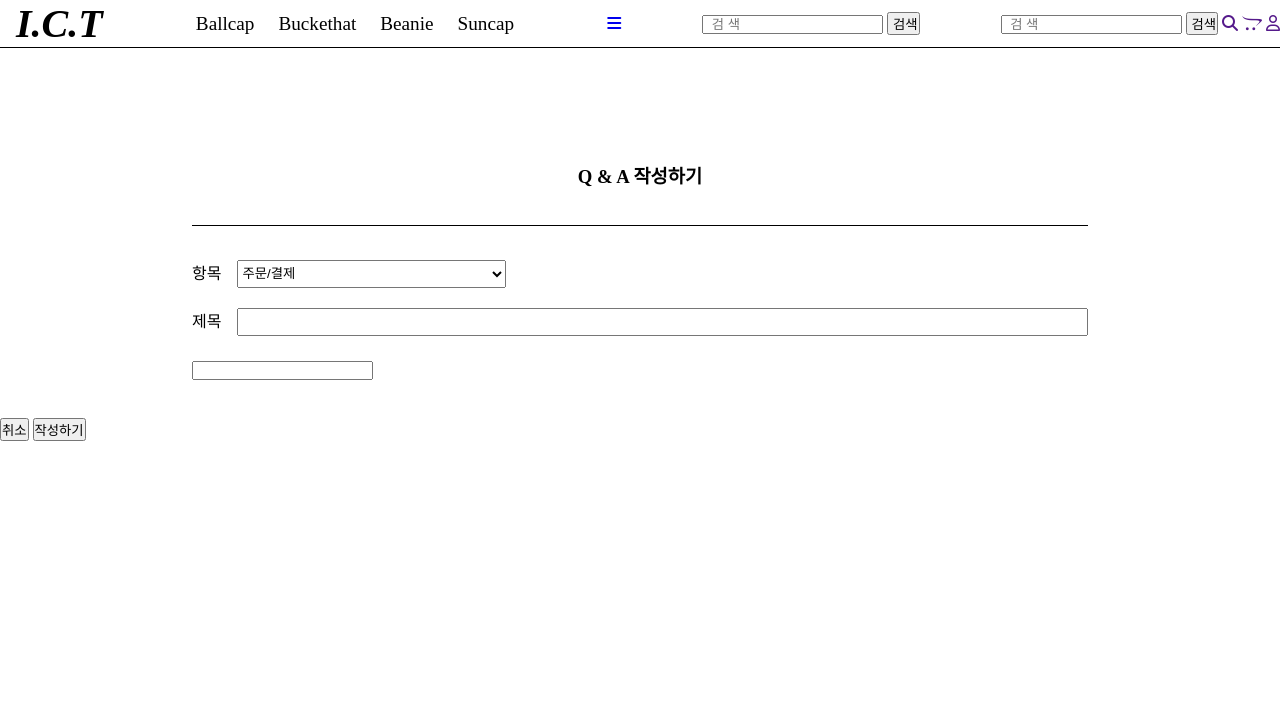
Repository: Developer120000/project1
Page: http://localhost/project1/productpage/q_a_write.jsp
These files come from the project's save history. The page is drawn as it stood at one moment and after the next save; the edit follows.
The browser window is 1280 px wide. The pictures show the whole page.
Some web libraries are served in a nearby version. The page is served by Tomcat 9.

Above is the page before, as saved 2024-03-22 05:18:26.
Console error: SyntaxError: Identifier 'hamburger' has already been declared

### project1/src/main/webapp/productpage/q_a_write.jsp
<%@ page language="java" contentType="text/html; charset=UTF-8"
    pageEncoding="UTF-8"%>
<!DOCTYPE html>
<html>
<head>
<meta charset="UTF-8">
<meta name="viewport" content="width=device-width, initial-scale=1">
<title>payment</title>
<%@ include file="header.jsp" %>
<link rel="stylesheet" href="../css/header.css">
<script src="../js/header.js" defer></script>
<link rel="stylesheet" href="../css/q_a_write.css">
</head>
<body>
	<div class="qawritercontainer">
		<div class="qawriterwrapper">
			<h3 class="qawritertitle">Q & A 작성하기</h3>
			<ul class="qawriterul">
				<li class="qawriterli">
					<label for="qawriteritem" class="qawriteritem1">항목</label>
					<select name="qawriteritem1" class="qawriteritem">
						<option value="">주문/결제</option>
						<option value="">취소/환불</option>
						<option value="">출고/배송</option>
						<option value="">반품/교환</option>
						<option value="">재입고문의</option>
						<option value="">제품문의</option>
						<option value="">기타문의</option>
					</select>
				</li>
				<li class="qawriterli">
					<label for="qawriteritem1-1" class="qawriteritem1">제목</label>
					<input type="text" class="qawriteritem1-1" id="qawriteritem1-1" required>
				</li>
				<li>
					<input type="text" class="ip2 ts1" id="utelephone" name="utelephone1" required>
				</li>
			</ul>
		</div>
		<p class="qwrite">
			<input type="reset" class="qwrite1" value="취소">
			<input type="submit" class="qwrite1" value="작성하기">
		</p>
	</div>
</body>
</html>

### project1/src/main/webapp/productpage/header.jsp
<%@ page language="java" contentType="text/html; charset=UTF-8"
    pageEncoding="UTF-8"%>
<!DOCTYPE html>
<html>
<head>
<meta charset="UTF-8">
<meta name="viewport" content="width=device-width, initial-scale=1.0">
<title>I.C.T</title>
<script src="https://kit.fontawesome.com/80123590ac.js" crossorigin="anonymous"></script>
<link rel="stylesheet" href="../css/header.css">
<script src="../js/header.js" defer></script>
<!-- <script defer src="js 파일 위치"></script> -->
</head>
<body>
	<header id="header">
		<div class="wrapper">
			<p class="title">
				<a href="">I.C.T</a>
			</p>
			<ul class="category">
				<li><a href="">Ballcap</a></li>
				<li><a href="">Buckethat</a></li>
				<li><a href="">Beanie</a></li>
				<li><a href="">Suncap</a></li>
			</ul>
			<a href="#" class="hamburger">
				<i class="fa-solid fa-bars"></i>
			</a>
			<form class="item2" onsubmit="return false">
				<input type="text" class="searchbar2" type="text" placeholder="&nbsp;&nbsp;검 색">
				<button class="res2">&nbsp;검색</button>
			</form>
			<form class="item" onsubmit="return false">
				<input type="text" class="searchbar1" type="text" placeholder="&nbsp;&nbsp;검 색">
				<button class="res1">&nbsp;검색</button>
				<a href="" class="b1 a1"><i class="fa-solid fa-magnifying-glass"></i></a>
				<a href="" class="b2 a1"><i class="fa-brands fa-opencart"></i></a>
<!-- 				<i class="fa-solid fa-cart-shopping"></i> -->
				<a href="" class="b3 a1"><i class="fa-regular fa-user"></i></a>
			</form>
		</div>
	</header>

</body>
</html>

### project1/src/main/webapp/css/header.css
@charset "UTF-8";
*{margin: 0px; }
#header{

/* 	height: 4.06rem; */
}
.wrapper{
	width: 100%;
	position: fixed;
	display: flex;
	justify-content: space-between;
	align-items: center;
	background-color: white;
	border-bottom: 1px solid black;
	z-index: 5;
}
.title a{
	text-decoration: none;
	font-size: 2.5rem;
	font-weight: bold;
	margin-left: 1rem;
	color: black;
	font-style: italic;
	display: inline-block;
}
.category{
	display: flex;
/* 	margin-right: 50%; */
	list-style: none;
}
.category li{
	padding: 8px 12px;
}
li a{
/* 	margin-right: 1.0rem; */
	font-size: 1.2rem;
	text-decoration: none;
}
li a:visited {color: black;}
li a:hover {text-decoration: underline;}

.search{
	display: flex;
	padding-left: 0;

/* 	width: 60%; */
/* 	text-align: right; */
}
.searchbar{
/* 	width: 30%; */
/* 	margin-right: 5px;  */
	padding: 5px;
}
.a1{
/* 	margin-right: 10%; */
}
.icon{display: none;}


@media screen and (max-width:600px){
	.wrapper{
		flex-direction: column;
		align-items: flex-start;
		padding: 8px 24px;
	}
	.category{
		display: none;
		flex-direction: column;
		align-items: center;
		width: 100%;
	}
	.category li a{
		width: 100%;
		text-align: center;
	}
	.search{
		display: none;
		justify-content: center;
		width: 100%;
	}
	.icon{
		display: block;
	}
}

@media screen and (max-width:1138px){


}


@media screen and (max-width:800px){


}

/* 1015px 이하 - suncap 사라짐 */
@media screen and (max-width:590px){

	.header_second #s4{display: none;}
}

### project1/src/main/webapp/css/q_a_write.css
@charset "UTF-8";
*{margin: 0px; padding: 0px; box-sizing: border-box;}

.qawritercontainer{
	padding-top: 4.06rem;
	width: 100%;
}
.qawriterwrapper{
	display: flex;
	flex-direction: column;
	align-items: center;
	line-height: 2rem;
	width: 100%;
}
.qawritertitle{
	margin-top: 4rem;
	padding: 2rem 0;
	border-bottom: 1px solid black;
	width: 70%;
	text-align: center;
}
.qawriterul{
	width: 70%;
	list-style: none;
	margin: 2rem 0;
}
.qawriterli{
	width: 100%;
	display: flex;
	align-items: center;
}
.qawriteritem1{
	margin-right: 1rem;
	margin-bottom: 1rem;
}
.qawriteritem{
	width: 30%;
	height: 1.7rem;
	margin-bottom: 1rem;
}
.qawriteritem1-1{
	height: 1.7rem;
	flex-grow: 1;
	margin-bottom: 1rem;
}
.qawiter{
	width: 100%;
	height: 40vh;
	margin-top: 1rem;
}
.qawrite{
	width: 70%;
	height: 1.9rem;
	display: flex;
    justify-content: flex-end;
}
.qawrite1{
	min-width: 8rem;
	height: 100%;
	color: black;
	cursor: pointer;
	border: 1px solid black;
	background-color: white;
}
.qawrite2{
	min-width: 8rem;
	height: 100%;
	background-color: black;
	color: white;
	border: none;
	cursor: pointer;
	margin-left: 1rem;
}

### project1/src/main/webapp/js/header.js
const hamburger = document.querySelector('.hamburger');
const category = document.querySelector('.category');

hamburger.addEventListener('click', () => {
    category.classList.toggle('active');
})

document.addEventListener('click', (e) => {
    if (!category.contains(e.target) && !hamburger.contains(e.target)) {
        category.classList.remove('active');
    }
})


const b1 = document.querySelector('.b1');
const searchbar2 = document.querySelector('.searchbar2');
const res2 = document.querySelector('.res2');

b1.addEventListener('click', (e) => {
	e.preventDefault();
//	e.stopPropagation();
    searchbar2.classList.toggle('active');
    res2.classList.toggle('active');
})

document.addEventListener('click', (e) => {
    if (!searchbar2.contains(e.target) && !res2.contains(e.target) && !b1.contains(e.target)) {
        searchbar2.classList.remove('active');
    }
})

document.addEventListener('click', (e) => {
    if (!res2.contains(e.target) && !searchbar2.contains(e.target) && !b1.contains(e.target)) {
        res2.classList.remove('active');
    }
})


//const b2 = document.querySelector('.b2');
//const b3 = document.querySelector('.b3');
//
//hamburger.addEventListener('click', () => {
//    b2.classList.toggle('active');
//    b3.classList.toggle('active');
//})
//
//document.addEventListener('click', (e) => {
//    if (!hamburger.contains(e.target) && !b2.contains(e.target) && !b3.contains(e.target) && !category.contains(e.target)) {
//		category.classList.remove('active');
//        b2.classList.toggle('active');
//    	b3.classList.toggle('active');
//    }
//})

After the next save:
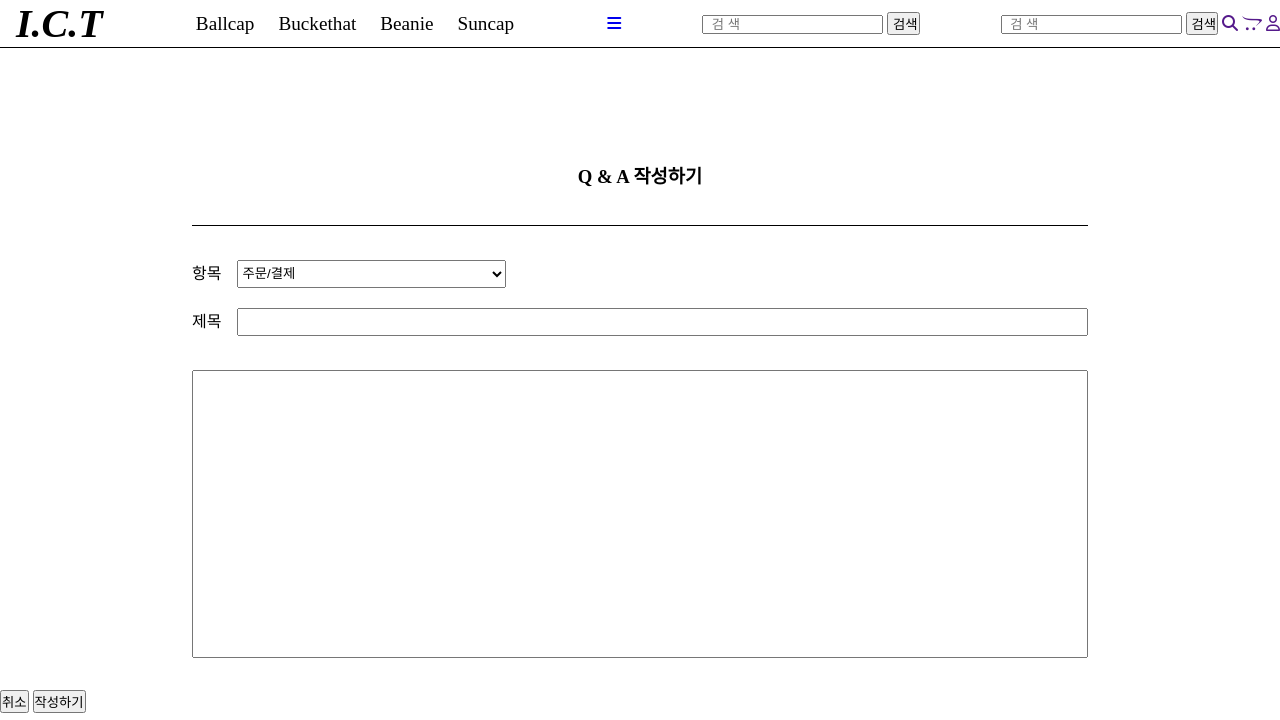
Saved 3 min 0 s later.
--- a/project1/src/main/webapp/productpage/q_a_write.jsp
+++ b/project1/src/main/webapp/productpage/q_a_write.jsp
@@ -33,7 +33,7 @@
 					<input type="text" class="qawriteritem1-1" id="qawriteritem1-1" required>
 				</li>
 				<li>
-					<input type="text" class="ip2 ts1" id="utelephone" name="utelephone1" required>
+					<input type="text" class="qawiter" required>
 				</li>
 			</ul>
 		</div>
